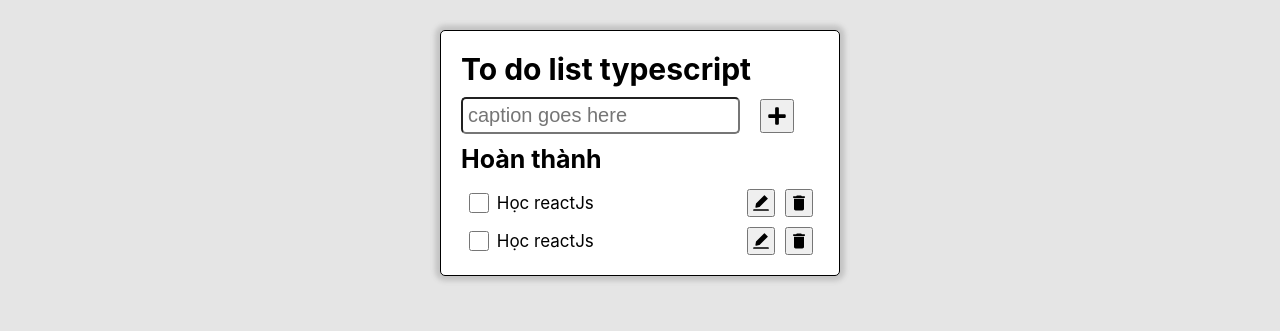
Repository: Nhatktvn/TodoListReactTs
Page: /
The author's editor kept a copy of each file at every save. The page is drawn from the files as they stood at one save, then again after the next save.
The browser window is 1280 px wide. The pictures show the whole page.
The project was rebuilt for these pictures with package versions that can differ from the ones it lists, and the page was loaded fresh each time.

Above is the page before, as saved 2023-11-08 09:10:54.

After the next save:
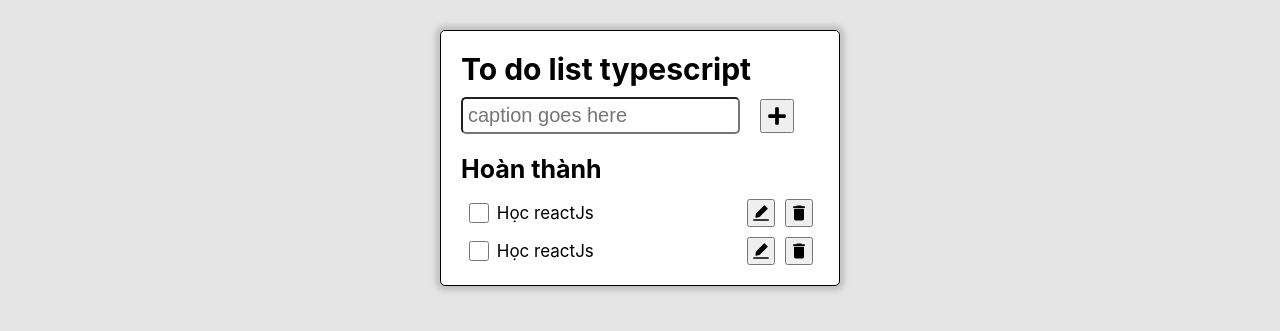
Saved 5 s later.
--- a/src/components/TaskInput/taskInput.module.scss
+++ b/src/components/TaskInput/taskInput.module.scss
@@ -8,7 +8,7 @@
   justify-content: left;
   align-items: center;
   gap: 2rem;
-  margin-bottom: 1rem;
+  margin-bottom: 2rem;
   input {
     padding: 5px;
     border-radius: 5px;
